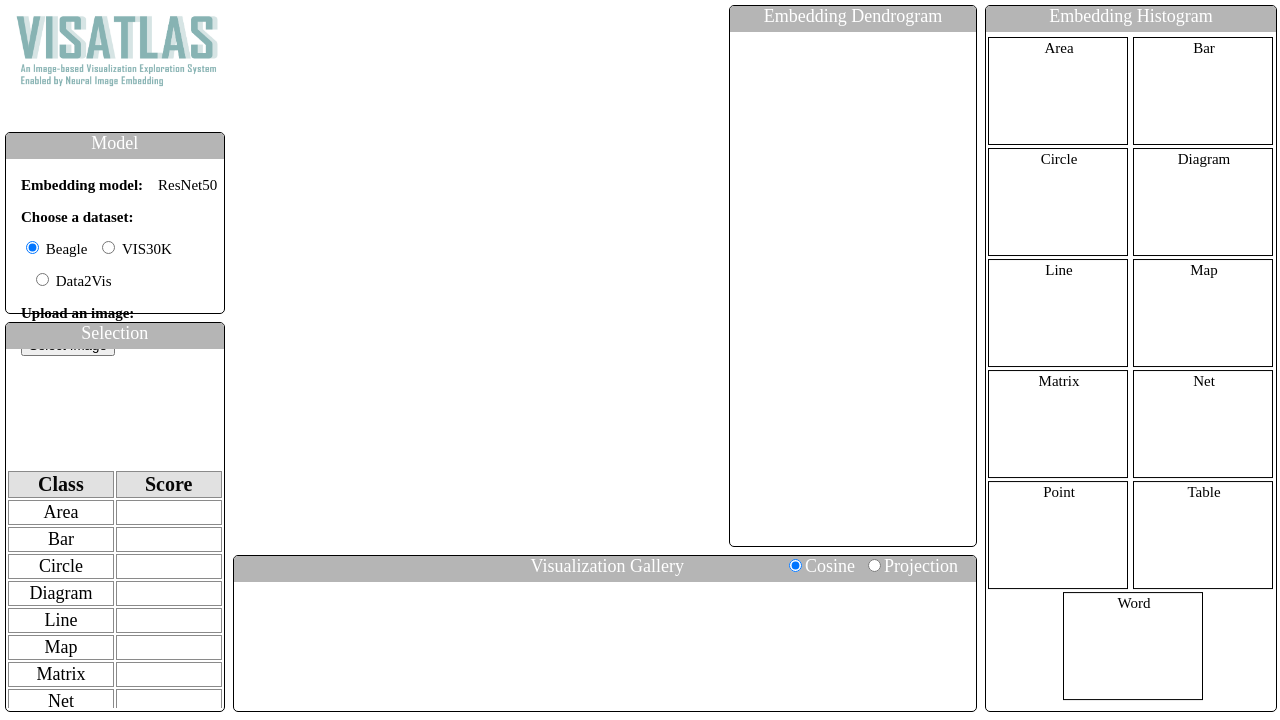
Repository: yilinye/AI_and_human_paintings
Page: / (app in VIS4AI_art/Frontend/)
These files come from the project's save history. The page is drawn as it stood at one moment and after the next save; the edit follows.
The browser window is 1280 px wide. The pictures show the whole page.
The page's requests for data from a server got no answer. The project was rebuilt for these pictures with package versions that can differ from the ones it lists, and the page was loaded fresh each time. No one was signed in, and anything a server would have sent is missing. Also part of the build but not shown: VIS4AI_art/Frontend/vite.config.js, VIS4AI_art/Frontend/vue.config.js, VIS4AI_art/Frontend/src/components/WelcomeItem.vue, VIS4AI_art/Frontend/src/components/icons/IconDocumentation.vue, VIS4AI_art/Frontend/src/components/icons/IconTooling.vue, VIS4AI_art/Frontend/src/components/icons/IconEcosystem.vue, VIS4AI_art/Frontend/src/components/icons/IconCommunity.vue, VIS4AI_art/Frontend/src/components/icons/IconSupport.vue and 2 more.

Above is the page before, as saved 2022-04-30 21:14:09.

### VIS4AI_art/Frontend/src/App.vue
<!--
 * @Author: Qing Shi
 * @LastEditTime: 2022-04-12 22:41:44
 * @Knowledge:
 * @Description:
 * @Attention:
-->

<template>
  <VisView/>
</template>

<script>
import VisView from "./views/visView.vue";

// var Event = new Vue();
export default {
    components: { VisView }
}
</script>

<style>
@import "./assets/base.css";

#app {
  height: calc(100%);
  font-weight: normal;
}

</style>

### VIS4AI_art/Frontend/src/assets/base.css
body {

  margin: 0%;
  height: 100%;
  width: 100%;
  background-color: rgb(255, 255, 255);
  overflow: hidden;
}


#titleBar {
  background: rgb(181, 181, 181);
  height: 26px;
  width: calc(100% + 0px);
  border-radius: 4px 4px 0px 0px;
  /* border: solid 1px; */
  transform: translate(0px);
  text-align: center;
  color: white;
  font-size: 18px;
}


/*chrome--------------------------------------------start*/
::-webkit-scrollbar {
  width: 8px;
  height: 8px;
}

/* Track */
::-webkit-scrollbar-track {
  background: #ffffff;
  border-radius: 8px;
}

/* Handle */
::-webkit-scrollbar-thumb {
  background: rgb(201, 201, 202);
  border-radius: 8px;
}

/* Handle on hover */
::-webkit-scrollbar-thumb:hover {
  background: rgb(162, 162, 163);
}

.el-menu::-webkit-scrollbar,
.el-table__body-wrapper::-webkit-scrollbar {
  display: none;
}

.el-menu:hover::-webkit-scrollbar,
.el-table__body-wrapper:hover::-webkit-scrollbar {
  display: block;
}

/*chrome--------------------------------------------end*/

### VIS4AI_art/Frontend/src/views/visView.vue
<template>
  <div style="height:100%;width:100%;">
    <!-- System Logo -->
    <div id="logoView">
      <img
        src="../assets/logo.png"
        alt=""
        style="width: 100%; height=auto;"
      >
    </div>
    <!-- Model -->
    <div id="modelView">
      <ModelView
        @getFilePath="getFilePath"
        @queryNode="updateQuery"
      />
    </div>
    <!-- Selection -->
    <div id="selectView">
      <SelectView />
    </div>
    <!-- Main View -->
    <div id="mainView">
      <MainView
        ref="mainV"
        @updateTree="updateTree"
        @updateGallery="updateGallery"
      />
    </div>
    <!-- Embedding Dendrogram -->
    <div id="dendrogramView">
      <DendrogramView ref="dendrogram" />
    </div>
    <!-- Embedding Histogram -->
    <div id="histogramView">
      <HistogramView @updateTree="updateTree" />
    </div>
    <!-- Visualization Gallery -->
    <div id="galleryView">
      <GalleryView
        ref="gallery"
        @updateGType="updateType"
        @updateSelectNode="updateSelectNode"
      />
    </div>
  </div>
</template>

<script>
import * as d3 from 'd3';
import SelectView from "../components/selectView.vue";
import MainView from "../components/mainView.vue";
import DendrogramView from "../components/dendrogramView.vue";
import HistogramView from "../components/histogramView.vue";
import GalleryView from "../components/galleryView.vue";
import ModelView from "../components/modelView.vue";
export default {
  components: { SelectView, MainView, DendrogramView, HistogramView, GalleryView, ModelView },
  data () {
    return {
      //! init file path
      pth: { filePath: "/src/visData/Beagle reorder.csv" },

      // pth: { filePath: "/src/visData/data2vis reorder.csv" },
    }
  },
  provide () {
    //! we need provide an object, which can watch by other components
    return {
      fileP: this.pth,
    }
  },
  methods: {
    /**
     * @description: change file path from model view's <input>
     * @param {String} val file path from model
     * @return {*} none
     */
    getFilePath: function (val) {
      this.pth.filePath = val;
      this.fileP = this.pth;
    },
    /**
     * @description: change dendrogram view's tree
     * @param {Array} treeData data of the tree
     * @param {Int} sumTree Number of all selected elements
     * @return {*}
     */
    updateTree (treeData, sumTree) {
      this.$refs.dendrogram.drawTree(treeData, sumTree);
    },
    /**
     * @description: change the gallery using new selected element data
     * @param {Array} data
     * @return {*}
     */
    updateGallery (data) {
      this.$refs.gallery.setCloseNode(data);
    },
    /**
     * @description: change gallery type (Cosine or Projection)
     * @param {*} data Calculation method of distance (Cosine or Projection)
     * @return {*}
     */
    updateType (data) {
      this.$refs.mainV.setGalleryType(data);
    },
    /**
     * @description: set a new selected node to refresh the system
     * @param {*} data selected element (node) data
     * @return {*}
     */
    updateSelectNode (data) {
      this.$refs.mainV.setSelectNode(data);
    },
    /**
     * @description: query a new Picture
     * @param {*} data new picture information which from model view
     * @return {*}
     */
    updateQuery (data) {
      this.$refs.mainV.setQuery(data);
    }
  }
}
</script>

<style>
#logoView {
  position: absolute;
  left: 5px;
  top: 5px;
  /* height: 17%; */
  width: 17%;
  margin-left: 5px;
  /* border: solid 1px; */
}

#modelView {
  /* margin-left: 5px; */
  position: absolute;
  left: 5px;
  top: calc(17% + 5px + 5px);
  height: 25%;
  width: 17%;
  border: solid 1px;
  border-radius: 5px;
}

#selectView {
  position: absolute;
  left: 5px;
  top: calc(42% + 15px + 5px);
  height: calc(58% - 30px);
  width: 17%;
  border: solid 1px;
  border-radius: 5px;
}

#mainView {
  position: absolute;
  left: calc(15px + 17%);
  top: calc(5px);
  height: calc(75%);
  width: calc(38%);
  /* border: solid 1px;
  border-radius: 5px; */
}

#dendrogramView {
  position: absolute;
  left: calc(25px + 55%);
  top: calc(5px);
  height: calc(75%);
  width: calc(20% - 10px);
  border: solid 1px;
  border-radius: 5px;
}

#galleryView {
  position: absolute;
  left: calc(15px + 17%);
  top: calc(15px + 75%);
  height: calc(25% - 25px);
  width: calc(58%);
  border: solid 1px;
  border-radius: 5px;
}

#histogramView {
  position: absolute;
  left: calc(25px + 75%);
  top: calc(5px);
  height: calc(100% - 15px);
  width: calc(25% - 30px);
  border: solid 1px;
  border-radius: 5px;
}
</style>

### VIS4AI_art/Frontend/src/components/selectView.vue
<!--
 * @Author: Qing Shi
 * @LastEditTime: 2022-04-30 21:14:09
 * @Knowledge:
 * @Description:
 * @Attention:
-->
<template>
  <div style="height: 100%">
    <div id="titleBar">
      {{ viewName }}
    </div>
    <div id="selectPic">
      <div
        v-if="isChoose"
        id="isChoose"
      >
        <img
          id="nodePic"
        >
      </div>
    </div>
    <div id="selectTable">
      <table style="width:100%;text-align: center;margin-top:2px;height:calc(100% - 10px);margin-bottom:5px;">
        <tr style="height:calc(8% - 30px)">
          <th>Class</th>
          <th>Score</th>
        </tr>
        <tr
          v-for="item in items"
          :key="item.className"
          style="height:calc(8% - 30px)"
        >
          <td>{{ item.className }}</td>
          <td :id="item.className+'Table'">{{ item.classScore }}</td>
        </tr>
      </table>
    </div>
  </div>
</template>

<script>
export default {
  data () {
    return {
      viewName: "Selection",
      isChoose: true,
      picPath: "/src/assets/logo.svg",
      items: {
        Area: { className: "Area", classScore: "" },
        Bar: { className: "Bar", classScore: "" },
        Circle: { className: "Circle", classScore: "" },
        Diagram: { className: "Diagram", classScore: "" },
        Line: { className: "Line", classScore: "" },
        Map: { className: "Map", classScore: "" },
        Matrix: { className: "Matrix", classScore: "" },
        Net: { className: "Net", classScore: "" },
        Point: { className: "Point", classScore: "" },
        Table: { className: "Table", classScore: "" },
        Word: { className: "Word", classScore: "" },
      }
    }
  }
}
</script>

<style>
#selectPic {
  height: 30%;
  width: 100%;
}
#isChoose {
  text-align: center;
  margin-top: 1px;
  margin-left: 6px;
  margin-right: 6px;
  margin-bottom: 2px;
  height: 100%;
  display: flex;
  flex-direction: column;
  justify-content: center;
  align-items: center;
}
#selectTable {
  height: calc(70% - 30px);
  width: 100%;
  overflow: auto;
  /* background-color: #000000; */
}

th {
  text-align: middle;
  /* padding-left: 45px; */
  /* border-bottom: 1px solid #ddd; */
  border: 1px solid rgb(138, 138, 138);
  /* background-color: white; */
  background-color: rgb(225, 225, 225);
  color: rgb(7, 7, 7);
  font-size: 20px;
  /* color: white; */
}

td {
  text-align: middle;
  /* padding-left: 45px; */
  width: 50%;
  /* border-bottom: 1px solid #ddd; */
  border: 1px solid rgb(138, 138, 138);
  font-size: 18px;
  color: black;
  /* height: 100% */
}

/* tr {
  height: calc(100%)
} */

tr:hover {
  background-color: rgb(231, 164, 179);
}
</style>

### VIS4AI_art/Frontend/src/components/histogramView.vue
<!--
 * @Author: Qing Shi
 * @LastEditTime: 2022-04-30 21:14:05
 * @Knowledge:
 * @Description:
 * @Attention:
-->
<template>
  <div>
    <div id="titleBar">
      {{ viewName }}
    </div>
    <div id="mainHistogram">
      <div
        v-for="(ty, index) in typeName"
        :key="ty"
        :id="'His' + ty"
        v-bind:style="{ border: 'solid 1px', width: wd, height:hs, position: 'absolute', left: '2px', transform: 'translate(' + (index == 10 ? 'calc(50% + 5px)' : index % 2 ? 'calc(100% + 5px)' : '0') + ',' + 'calc(' + ((Math.floor(index / 2)) * 100) + '% + ' + ((Math.floor(index / 2)) * 3) + 'px' + ' + 5px)' + ')' }"
      >

      </div>
    </div>
  </div>
</template>

<script>
import * as d3 from 'd3';
import { dataService } from '../service';
export default {
  mounted () {
    // dataService.fetchData({ 'filePath': this.fileP.filePath }, fileData => {
    //   console.log(11111);

    //   // this.drawHistogram(fileData.data.data, this.typeName);
    // });
    this.typeName.forEach(d => {
      this.createSVG(d);
    })

    this.drawHistogram(this.fileP.filePath, this.typeName);
  },
  data () {
    return {
      viewName: "Embedding Histogram",
      typeName: ["Area", "Bar", "Circle", "Diagram", "Line", "Map", "Matrix", "Net", "Point", "Table", "Word"],
      hs: "calc(16.6% - 11px)",
      wd: "calc(50% - 7px)",
      selectType: '',
      xAxis: undefined,
      yAxis: {},
      hisWidth: 0,
      hisHeight: 0,
      levelCluster: {
        "Beagle": ['Circle', 'Map', 'Line', 'Area', 'Bar', 'Net', 'Point', 'Diagram', 'Matrix', 'Table', 'Word'],
        "VIS": ["Map", "Circle", "Bar", "Point", "Line", "Diagram", "Matrix", "Net", "Area", "Table", "Word"],
        "Data": ["Area", "Line", "Bar", "Point"]
      },

    };
  },
  inject: ['fileP'], // get file path from visView.vue
  methods: {
    /**
     * @description: create svg for every histogram
     * @param {*} hisType Feature
     * @return {*}
     */
    createSVG: function (hisType) {
      d3.select("#" + hisType + 'Svg').remove();
      const hisHeight = document.getElementById(('His' + hisType)).offsetHeight;
      const hisWidth = document.getElementById(('His' + hisType)).offsetWidth;
      this.hisHeight = hisHeight;
      this.hisWidth = hisWidth;
      d3.select('#His' + hisType)
        .append('svg')
        .attr('id', hisType + 'Svg')
        .attr('width', hisWidth)
        .attr('height', hisHeight)
      d3.select('#' + hisType + 'Svg')
        .append('text')
        .text(hisType)
        .attr('font-size', 15)
        .attr('text-anchor', 'middle')
        .attr('y', 15)
        .attr('x', hisWidth / 2)
    },
    /**
     * @description: data processing and use function
     * @param {String} filePath: which file will be used, selected in modelView.vue
     * @param {Array} hisTypeArray: Feature Group
     * @return {*}
     */
    drawHistogram: function (filePath, hisTypeArray) {
      d3.csv(filePath).then((fileData) => {
        hisTypeArray.forEach(hisType => {
          // index name need small letters
          let hisTag = hisType.toLowerCase();
          const hisData = new Object();
          for (let i = 0; i < fileData.length; ++i) {
            let indexNum = Math.floor(parseFloat(fileData[i][hisTag]) * 10);
            if (indexNum == 10) indexNum--; // let 1 to 0.9 ~ 1
            if (indexNum == 0) continue;
            if (typeof (hisData[indexNum]) == 'undefined') {
              hisData[indexNum] = { cnt: 0, items: [] };
            }
            hisData[indexNum].cnt++;
            hisData[indexNum].items.push(fileData[i]);
          }

          // remove old View
          d3.select("#his_g_" + hisType).remove();
          // define new View
          d3.select("#" + hisType + "Svg")
            .append('g')
            .attr("id", "his_g_" + hisType);

          this.drawRectAndAxis(hisData, hisType);
          this.drawSelectRect(hisData, hisType);
          this.RectBrush(hisData, hisType);
          // this.allHisData[hisType] = hisData;
          // d3.select("#selCircle8").transition().duration(2000).attr('y', 20).attr("height", 70);
        })
      });
    },
    /**
     * @description: draw bar charts and x/y axises
     * @param {Array} hisData bar chart data
     * @param {String} hisType Feature
     * @return {*}
     */
    drawRectAndAxis: function (hisData, hisType) {
      // remove old View
      d3.select("#his_rect_g_" + hisType).remove();
      // define new View
      const his_g = d3.select("#his_g_" + hisType)
        .append('g')
        .attr("id", "his_rect_g_" + hisType);

      const hisArray = new Array();

      for (let i in hisData)
        hisArray.push(hisData[i].cnt);

      const xAxis = d3.scaleLinear()
        .domain([0.1, 1.0])
        .range([0, this.hisWidth - 45])
      const yAxis = d3.scaleLinear()
        .domain([0, d3.max(hisArray)])
        .range([this.hisHeight - 42, 0]);
      this.xAxis = xAxis;
      this.yAxis[hisType] = yAxis;

      his_g.append('g')
        .selectAll("#hisRect" + hisType)
        .attr('id', "hisRect" + hisType)
        .data(hisArray)
        .enter()
        .append('rect')
        .attr("dmax", d3.max(hisArray))
        .attr('x', (d, i) => {
          return this.xAxis((i + 1) / 10) + 35 + 5;
        })
        .attr('y', (d, i) => {
          return this.yAxis[hisType](d) + 20;
        })
        .attr('height', d => {
          return this.hisHeight - 42 - this.yAxis[hisType](d)
        })
        .attr('width', 10)
        .attr('fill', "rgb(198, 198, 198)");
      // draw Axis
      his_g.append('g')
        .call(d3.axisBottom(xAxis).ticks(5))
        .attr("transform", `translate(${35}, ${this.hisHeight - 22})`);
      his_g.append('g')
        .call(d3.axisLeft(yAxis).ticks(5))
        .attr("transform", `translate(${35}, ${20})`);
    },
    /**
     * @description: draw bar charts which be select. I draw them without height. When I select some data, I will change the height of them.
     * @param {*} hisData bar chart data
     * @param {*} hisType Feature
     * @return {*}
     */
    drawSelectRect: function (hisData, hisType) {
      // remove old View
      d3.select("#his_sel_g_" + hisType).remove();
      // define new View
      const his_g = d3.select("#his_g_" + hisType)
        .append('g')
        .attr("id", "his_sel_g_" + hisType);

      const hisArray = new Array();
      for (let i in hisData)
        hisArray.push(hisData[i].cnt);
      // console.log()
      his_g.append('g')
        .selectAll("#hisSelRect" + hisType)
        .attr('id', "hisSelRect" + hisType)
        .data(hisArray)
        .enter()
        .append('rect')
        .attr("dmax", this.yAxis[hisType].domain()[1])
        .attr("hisHeight", this.hisHeight)
        .attr("id", (d, i) => {
          return "sel" + hisType + (i + 1);
        })
        .attr('x', (d, i) => {
          return this.xAxis((i + 1) / 10) + 40;
        })
        .attr('y', (d, i) => {
          return this.hisHeight - 20;
        })
        .attr('height', d => {
          return 0;
        })
        .attr('width', 10)
        .attr('fill', "orange");
    },
    /**
     * @description: a brush. Select areas in the bar chart
     * @param {*} hisData bar chart data
     * @param {*} hisType Feature
     * @return {*}
     */
    RectBrush (hisData, hisType) {
      let _this = this;
      const hisArray = new Array();
      for (let i in hisData)
        hisArray.push(hisData[i].cnt);
      const brush = d3.brush()
        .extent([
          [30, 15],
          [_this.hisWidth - 5, _this.hisHeight - 10]
        ])
        .on('start', function ({ selection }) {
          if (selection != null) {
            d3.select('#brush_rect').remove();
          }
        })
        // .on('brush', brushing)
        .on('end', brushed);
      // console.log(hisData)
      const brush_g = d3.select("#his_g_" + hisType)
        .append('g')
        .attr('id', 'brush_g' + hisType)
        .call(brush);

      // I really don't like programing this function, but it's the method which can clear the brush.
      function brushed ({ selection }) {
        if (selection != null) {
          const [
            [x0, y0],
            [x1, y1]
          ] = selection;
          d3.select('#his_g_' + hisType)
            .append("rect")
            .attr('id', 'brush_rect')
            .attr('x', x0)
            .attr('y', y0)
            .attr('width', x1 - x0)
            .attr('height', y1 - y0)
            .attr('fill', 'white')
            .attr('fill-opacity', 0)
            .attr('stroke', '#2378ae')
            .attr('stroke-dasharray', '4, 4')
            .attr('stroke-width', 3);

          let levelType = undefined;
          let pidScatter = {};

        let filePath = _this.fileP.filePath;
        if (filePath[13] == 'B') {
          levelType = _this.levelCluster["Beagle"];
        }

        if (filePath[13] == 'V') {
          levelType = _this.levelCluster["VIS"];
        }

        if (filePath[13] == 'D') {
          levelType = _this.levelCluster["Data"];
        }
          let treeCnt = {};
          levelType.forEach(d => {
            treeCnt[d.toLowerCase()] = {
              value: 0,
              id: d
            }
          })
          let selectData = {};
          _this.typeName.forEach(d => {
            selectData[d] = {};
            for (let i = 1; i <= 9; ++i)
              selectData[d][i] = { cnt: 0 };
          })
          for (let i = 0; i < 9; ++i) {
            if (x0 < _this.xAxis((i + 1) / 10) + 40 + 6 && _this.xAxis((i + 1) / 10) + 40 + 6 < x1) {
              hisData[i + 1].items.forEach(d => {
                pidScatter[d.pid] = 1;
                // d3.select("#rad_cir" + d.pid).attr('opacity', 1).attr('r', 4);
                _this.typeName.forEach(hisTag => {
                  let indexNum = Math.floor(parseFloat(d[hisTag.toLowerCase()]) * 10);
                  if (indexNum == 10) indexNum--; // let 1 to 0.9 ~ 1
                  if (indexNum != 0) {
                    selectData[hisTag][indexNum].cnt++;
                  }
                })
                treeCnt[d['class']].value++;
              })
            }
          }
          d3.selectAll('.rad_cir')
            .attr('r', d => {
              return pidScatter[d.pid] == 1 ? 2 : 0;
            })
          for (let i in selectData) {
            for (let j in selectData[i]) {
              d3.select("#sel" + i + (j))
                .transition().duration(1000)
                .attr('y', _this.yAxis[i](selectData[i][j].cnt) + 20)
                .attr("height", _this.hisHeight - 42 - _this.yAxis[i](selectData[i][j].cnt));
            }
          }
          let treeData = [];
          let sumTree = 0;
          for (let i in treeCnt) {
            if (treeCnt[i].value > 0) {
              treeData.push({
                value: treeCnt[i].value,
                id: treeCnt[i].id.toLowerCase(),
                top: sumTree
              });
              sumTree += treeCnt[i].value;
            }
          }
          _this.updateTree(treeData, sumTree);
          // clear brush
          d3.select(this).call(brush.move, null);
        }
      }
    },
    /**
     * @description: update Dendrogram
     * @param {Array} treeData data of the tree
     * @param {Int} sumTree Number of all selected elements
     * @return {*}
     */
    updateTree (treeData, sumTree) {
      this.$emit('updateTree', treeData, sumTree);
    }
  },
  watch: {
    fileP: {
      handler (newValue, oldValue) {
        console.log(newValue)
        this.drawHistogram(this.fileP.filePath, this.typeName);
      },
      deep: true
    }
  }
}
</script>

<style>
#mainHistogram {
  height: calc(100% - 30px);
  width: calc(100%);
  /* background-color: #000; */
}
.selection {
  fill: none;
  stroke: #2378ae;
  stroke-width: 3;
  stroke-dasharray: 4, 4;
}
</style>

### VIS4AI_art/Frontend/src/components/galleryView.vue
<template>
  <div style="width: 100%; height: 100%;">
    <div id="titleBar">
      <span style="position: absolute; left: 40%;">{{ viewName }}</span>
      <span style="float: right">
        <form
          id="select-distance"
          style="margin-top:0;margin-right:18px"
        >

          <input
            type="radio"
            id="metricChoice1"
            name="contact"
            value="cosine"
            checked="checked"
            @click="updateType('Cosine')"
          >
          <label for="metricChoice1">Cosine</label>

          <input
            type="radio"
            id="metricChoice2"
            name="contact"
            value="radviz"
            style="margin-left:13px;padding-top:50%;"
            @click="updateType('Projection')"
          >
          <label for="metricChoice2">Projection</label>

        </form>
      </span>

    </div>
    <div id="nodeGallery">
      <div style="height: 100%; white-space: nowrap;">
        <div
          v-for="(item, index) in closeNode"
          :key="index"
          class="closeNode"
        >
          <img
            :src="'/src/assets' + item.path.slice(1)"
            alt=""
            :pid="item.pid"
            style="height:100%;"
            @click="updateSelectNode(item)"
          >
        </div>
      </div>
    </div>
  </div>
</template>

<script>
export default {
  data () {
    return {
      viewName: "Visualization Gallery",
      closeNode: []
    }
  },
  methods: {
    /**
     * @description: set the closeNode
     * @param {Array} data picture information from visView.vue
     * @return {*}
     */
    setCloseNode (data) {
      // console.log(data);
      this.closeNode = data;
    },
    /**
     * @description: change the gallery type
     * @param {String} data Cosine / Projection
     * @return {*}
     */
    updateType (data) {
      // console.log(data)
      this.$emit('updateGType', data);
    },
    /**
     * @description: select a picture and upload information
     * @param {*} data data bound to the picture
     * @return {*}
     */
    updateSelectNode (data) {
      this.$emit("updateSelectNode", data);
    }
  }
}
</script>

<style>
#nodeGallery {
  overflow-x: scroll;
  overflow-y: hidden;
  width: 100%;
  height: calc(100% - 30px);
}
.closeNode {
  /* position: absolute; */
  /* width: 20%; */
  height: calc(100% - 10px);
  /* padding-bottom: 50%; */
  /* position: fixed; */
  margin-top: 5px;
  margin-bottom: 5px;
  border: solid 1px;
  margin-left: 2.5px;
  margin-right: 2.5px;
  /* float: left; */
  white-space: normal;
  display: inline-block;
  /* display: flex; */
  flex-direction: column;
  justify-content: center;
  align-items: center;
}
</style>

Loaded but not shown: VIS4AI_art/Frontend/index.html (common file); VIS4AI_art/Frontend/src/service/modules/dataService.js (24 lines, source omitted); VIS4AI_art/Frontend/src/router/index.js (21 lines, source omitted); VIS4AI_art/Frontend/src/main.js (11 lines, source omitted); VIS4AI_art/Frontend/src/service/index.js (1 lines, source omitted); VIS4AI_art/Frontend/src/components/mainView.vue (839 lines, source omitted); VIS4AI_art/Frontend/src/components/dendrogramView.vue (279 lines, source omitted); VIS4AI_art/Frontend/src/components/modelView.vue (167 lines, source omitted)

After the next save:
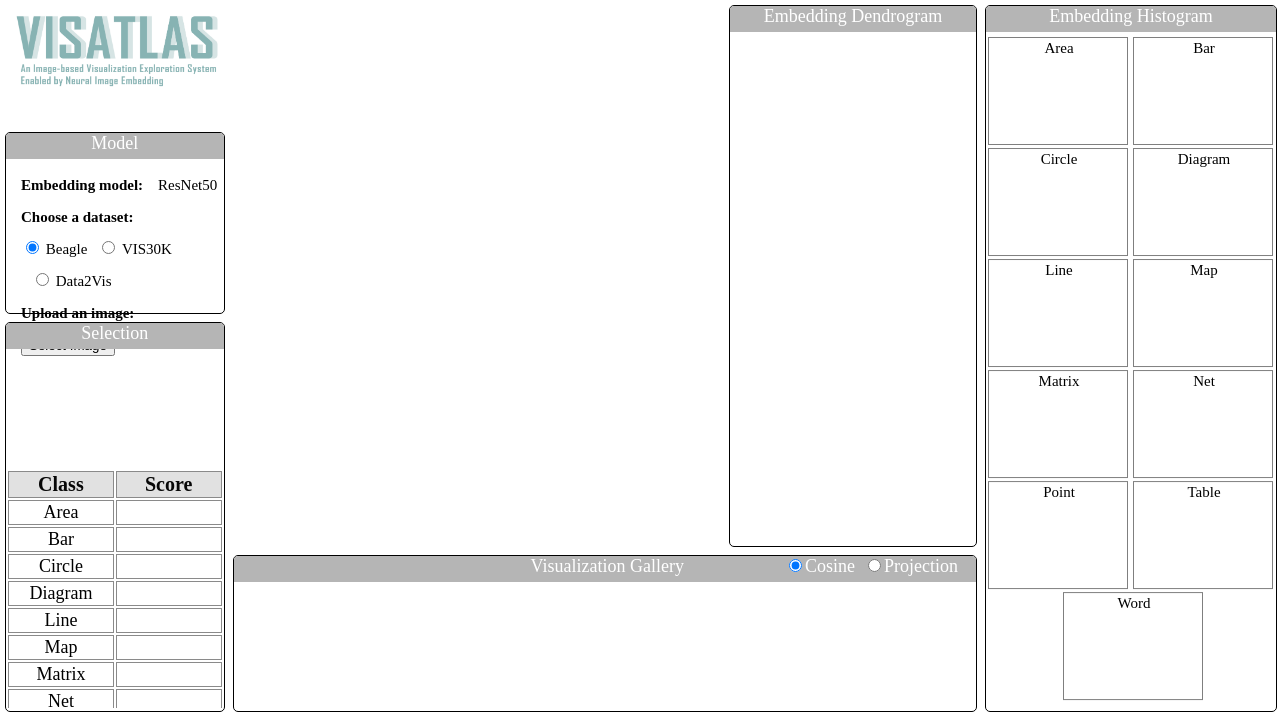
Saved 32 s later.
--- a/VIS4AI_art/Frontend/src/components/histogramView.vue
+++ b/VIS4AI_art/Frontend/src/components/histogramView.vue
@@ -15,7 +15,7 @@
         v-for="(ty, index) in typeName"
         :key="ty"
         :id="'His' + ty"
-        v-bind:style="{ border: 'solid 1px', width: wd, height:hs, position: 'absolute', left: '2px', transform: 'translate(' + (index == 10 ? 'calc(50% + 5px)' : index % 2 ? 'calc(100% + 5px)' : '0') + ',' + 'calc(' + ((Math.floor(index / 2)) * 100) + '% + ' + ((Math.floor(index / 2)) * 3) + 'px' + ' + 5px)' + ')' }"
+        v-bind:style="{ border: 'solid 1px rgba(0, 0, 0, 0.5)', width: wd, height:hs, position: 'absolute', left: '2px', transform: 'translate(' + (index == 10 ? 'calc(50% + 5px)' : index % 2 ? 'calc(100% + 5px)' : '0') + ',' + 'calc(' + ((Math.floor(index / 2)) * 100) + '% + ' + ((Math.floor(index / 2)) * 3) + 'px' + ' + 5px)' + ')' }"
       >
 
       </div>
